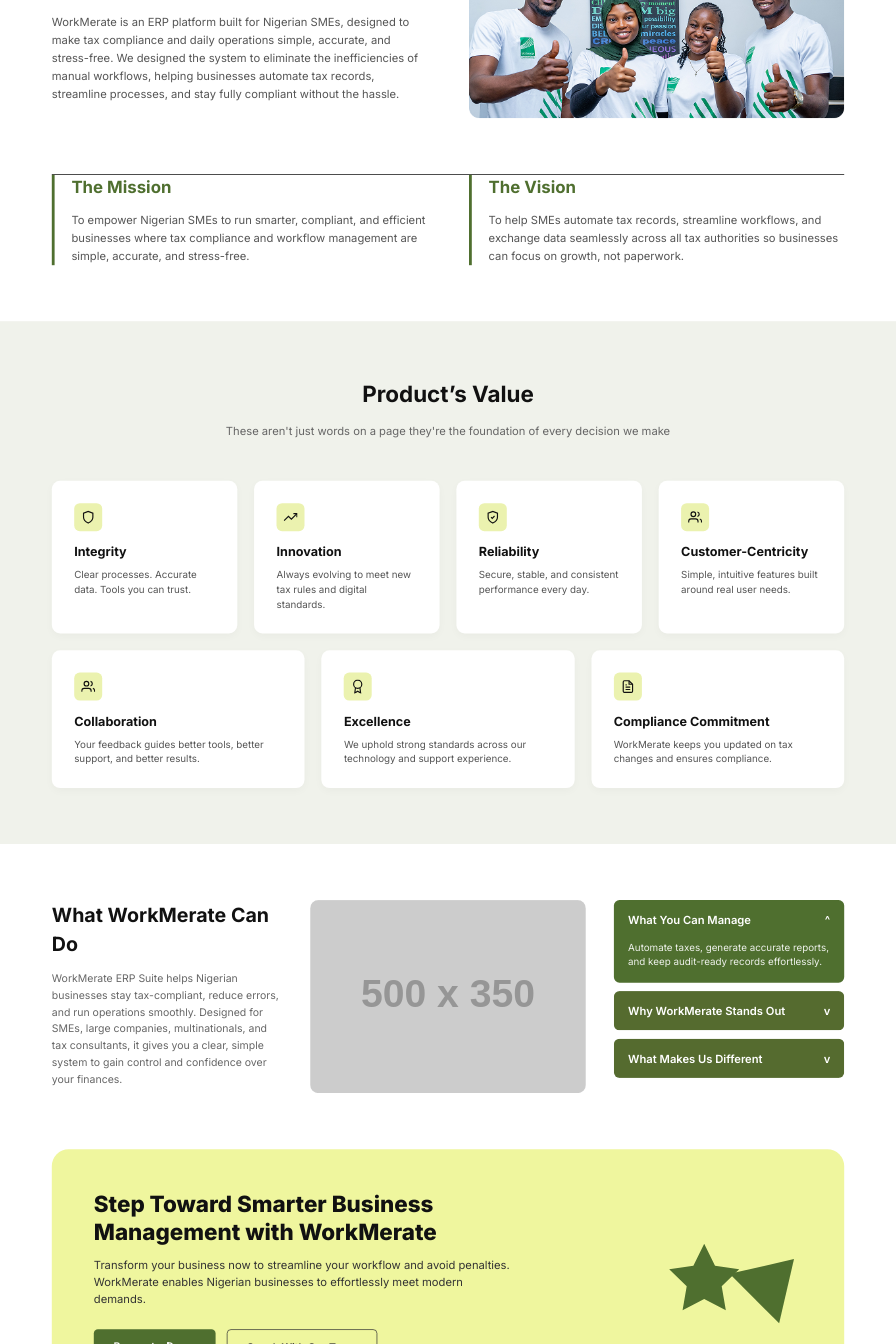
Repository: AYANO-EMMANUEL/workmerate
Page: about.html
These files come from the project's save history. The page is drawn as it stood at one moment and after a run of saves; the edit follows.
The browser window is 1280 px wide. The pictures show the part of the page from y = 727 to 2647 px (the page is 3322 px tall before and 3442 px after), at 70% of full size.

Above is the page before, as saved 2026-02-02 14:44:53.

### about.html
<!DOCTYPE html>
<html lang="en">
<head>
    <meta charset="UTF-8">
    <meta name="viewport" content="width=device-width, initial-scale=1.0">
    <title>About Us - WorkMerate</title>
    <link rel="stylesheet" href="about.css">
    <link rel="preconnect" href="https://fonts.googleapis.com">
    <link rel="preconnect" href="https://fonts.gstatic.com" crossorigin>
    <link href="https://fonts.googleapis.com/css2?family=Inter:wght@400;500;600;700;800&display=swap" rel="stylesheet">
</head>
<body>

    <nav class="navbar">
        <div class="container nav-wrapper">
            <a href="#" class="logo">W<span class="bag-icon"></span>rkMerate</a>
            <ul class="nav-menu">
                <li><a href="#" class="nav-link">Agentic AI</a></li>
                <li><a href="#" class="nav-link">Services <svg class="chevron" viewBox="0 0 24 24" fill="none" stroke="currentColor" stroke-width="2"><polyline points="6 9 12 15 18 9"></polyline></svg></a></li>
                <li><a href="#" class="nav-link">Modules <svg class="chevron" viewBox="0 0 24 24" fill="none" stroke="currentColor" stroke-width="2"><polyline points="6 9 12 15 18 9"></polyline></svg></a></li>
                <li><a href="#" class="nav-link">Pricing</a></li>
                <li><a href="#" class="nav-link">Resources <svg class="chevron" viewBox="0 0 24 24" fill="none" stroke="currentColor" stroke-width="2"><polyline points="6 9 12 15 18 9"></polyline></svg></a></li>
                <li><a href="#" class="nav-link active">About us</a></li>
            </ul>
            <div class="nav-actions">
                <a href="#" class="login-link">Login</a>
                <a href="#" class="btn-nav">Try it Free</a>
            </div>
            <div class="hamburger" id="hamburger"><span></span><span></span><span></span></div>
        </div>
        <div class="mobile-menu" id="mobileMenu">
             <a href="#">Services</a><a href="#">Modules</a><a href="#">About us</a>
        </div>
    </nav>

    <section class="about-hero">
        <div class="container">
            <div class="about-hero-content">
                <h1>About WorkMerate</h1>
                <p>Automating taxes, streamlining workflows, and keeping Nigerian SMEs fully compliant with the Nigeria Tax Act 2025.</p>
            </div>
        </div>
    </section>

    <section class="section-padding bg-white">
        <div class="container">

            <div class="identity-row">
                <div class="identity-text">
                    <h2>Our Identity</h2>
                    <p>WorkMerate is an ERP platform built for Nigerian SMEs, designed to make tax compliance and daily operations simple, accurate, and stress-free. We designed the system to eliminate the inefficiencies of manual workflows, helping businesses automate tax records, streamline processes, and stay fully compliant without the hassle.</p>
                </div>
                <div class="identity-image">
                    <img src="./assets/about-us-one.png" alt="WorkMerate Team">
                </div>
            </div>

            <div class="mv-grid">
                <div class="mv-card">
                    <h3>The Mission</h3>
                    <p>To empower Nigerian SMEs to run smarter, compliant, and efficient businesses where tax compliance and workflow management are simple, accurate, and stress-free.</p>
                </div>
                <div class="mv-card">
                    <h3>The Vision</h3>
                    <p>To help SMEs automate tax records, streamline workflows, and exchange data seamlessly across all tax authorities so businesses can focus on growth, not paperwork.</p>
                </div>
            </div>

        </div>
    </section>

    <section class="section-padding bg-cream">
        <div class="container">
            <div class="section-header">
                <h2>Product’s Value</h2>
                <p>These aren't just words on a page they're the foundation of every decision we make</p>
            </div>

            <div class="values-flex-grid">
                <div class="value-card">
                    <div class="icon-box-yellow"><svg viewBox="0 0 24 24" fill="none" stroke="currentColor" stroke-width="2"><path d="M12 22s8-4 8-10V5l-8-3-8 3v7c0 6 8 10 8 10z"></path></svg></div>
                    <h3>Integrity</h3>
                    <p>Clear processes. Accurate data. Tools you can trust.</p>
                </div>
                <div class="value-card">
                    <div class="icon-box-yellow"><svg viewBox="0 0 24 24" fill="none" stroke="currentColor" stroke-width="2"><polyline points="23 6 13.5 15.5 8.5 10.5 1 18"></polyline><polyline points="17 6 23 6 23 12"></polyline></svg></div>
                    <h3>Innovation</h3>
                    <p>Always evolving to meet new tax rules and digital standards.</p>
                </div>
                <div class="value-card">
                    <div class="icon-box-yellow"><svg viewBox="0 0 24 24" fill="none" stroke="currentColor" stroke-width="2"><path d="M12 22s8-4 8-10V5l-8-3-8 3v7c0 6 8 10 8 10z"></path><path d="M9 12l2 2 4-4"></path></svg></div>
                    <h3>Reliability</h3>
                    <p>Secure, stable, and consistent performance every day.</p>
                </div>
                <div class="value-card">
                    <div class="icon-box-yellow"><svg viewBox="0 0 24 24" fill="none" stroke="currentColor" stroke-width="2"><path d="M17 21v-2a4 4 0 0 0-4-4H5a4 4 0 0 0-4 4v2"></path><circle cx="9" cy="7" r="4"></circle><path d="M23 21v-2a4 4 0 0 0-3-3.87"></path><path d="M16 3.13a4 4 0 0 1 0 7.75"></path></svg></div>
                    <h3>Customer-Centricity</h3>
                    <p>Simple, intuitive features built around real user needs.</p>
                </div>
                <div class="value-card">
                    <div class="icon-box-yellow"><svg viewBox="0 0 24 24" fill="none" stroke="currentColor" stroke-width="2"><path d="M17 21v-2a4 4 0 0 0-4-4H5a4 4 0 0 0-4 4v2"></path><circle cx="9" cy="7" r="4"></circle><path d="M23 21v-2a4 4 0 0 0-3-3.87"></path><path d="M16 3.13a4 4 0 0 1 0 7.75"></path></svg></div>
                    <h3>Collaboration</h3>
                    <p>Your feedback guides better tools, better support, and better results.</p>
                </div>
                <div class="value-card">
                    <div class="icon-box-yellow"><svg viewBox="0 0 24 24" fill="none" stroke="currentColor" stroke-width="2"><circle cx="12" cy="8" r="7"></circle><polyline points="8.21 13.89 7 23 12 20 17 23 15.79 13.88"></polyline></svg></div>
                    <h3>Excellence</h3>
                    <p>We uphold strong standards across our technology and support experience.</p>
                </div>
                <div class="value-card">
                    <div class="icon-box-yellow"><svg viewBox="0 0 24 24" fill="none" stroke="currentColor" stroke-width="2"><path d="M14 2H6a2 2 0 0 0-2 2v16a2 2 0 0 0 2 2h12a2 2 0 0 0 2-2V8z"></path><polyline points="14 2 14 8 20 8"></polyline><line x1="16" y1="13" x2="8" y2="13"></line><line x1="16" y1="17" x2="8" y2="17"></line><polyline points="10 9 9 9 8 9"></polyline></svg></div>
                    <h3>Compliance Commitment</h3>
                    <p>WorkMerate keeps you updated on tax changes and ensures compliance.</p>
                </div>
            </div>
        </div>
    </section>

    <section class="section-padding bg-white">
        <div class="container">
            <div class="features-layout">
                <div class="feat-text">
                    <h2>What WorkMerate Can Do</h2>
                    <p>WorkMerate ERP Suite helps Nigerian businesses stay tax-compliant, reduce errors, and run operations smoothly. Designed for SMEs, large companies, multinationals, and tax consultants, it gives you a clear, simple system to gain control and confidence over your finances.</p>
                </div>
                <div class="feat-image">
                    <img src="https://placehold.co/500x350/eeeeee/999999?text=Presentation" alt="Presentation">
                </div>
                <div class="feat-accordion">
                    <div class="acc-item expanded">
                        <div class="acc-header">
                            <span>What You Can Manage</span>
                            <span class="acc-icon">^</span>
                        </div>
                        <div class="acc-body">
                            Automate taxes, generate accurate reports, and keep audit-ready records effortlessly.
                        </div>
                    </div>
                    <div class="acc-item">
                        <div class="acc-header">
                            <span>Why WorkMerate Stands Out</span>
                            <span class="acc-icon">v</span>
                        </div>
                    </div>
                    <div class="acc-item">
                        <div class="acc-header">
                            <span>What Makes Us Different</span>
                            <span class="acc-icon">v</span>
                        </div>
                    </div>
                </div>
            </div>

            <div class="big-cta-box">
                <div class="cta-left">
                    <h2>Step Toward Smarter Business Management with WorkMerate</h2>
                    <p>Transform your business now to streamline your workflow and avoid penalties. WorkMerate enables Nigerian businesses to effortlessly meet modern demands.</p>
                    <div class="cta-btns">
                        <a href="#" class="btn-dark">Request a Demo</a>
                        <a href="#" class="btn-outline-dark">Speak With Our Team</a>
                    </div>
                </div>
                <div class="cta-right">
                    <svg viewBox="0 0 24 24" fill="currentColor" class="big-arrow"><path d="M12 2L15.09 8.26L22 9.27L17 14.14L18.18 21.02L12 17.77L5.82 21.02L7 14.14L2 9.27L8.91 8.26L12 2Z"></path></svg>
                    <div class="arrow-graphic"></div>
                </div>
            </div>

        </div>
    </section>

    <footer class="footer-section">
        <div class="container">
            <div class="footer-top">
                <div class="footer-brand">
                    <a href="#" class="logo">W<span class="bag-icon"></span>rkMerate</a>
                    <p class="tagline">Smart. Secure. Simplified.</p>
                    <div class="contact-details">
                        <p><strong>USA Customer Support:</strong><br>(+1) 256 441 3090</p>
                        <p><strong>NGA Customer Support:</strong><br>(+234) 907 713 7167</p>
                        <p><strong>Email:</strong><br>support@workmerate.ng.com</p>
                    </div>
                    <div class="social-icons">
                         <span>f</span><span>x</span><span>in</span><span>ig</span><span>tk</span>
                    </div>
                </div>
                <div class="footer-links-grid">
                    <div><h4>Services</h4><ul><li><a href="#">Tax Automation</a></li><li><a href="#">ERP Integration</a></li></ul></div>
                    <div><h4>Modules</h4><ul><li><a href="#">Human Resources</a></li><li><a href="#">Financial Management</a></li></ul></div>
                    <div><h4>Resources</h4><ul><li><a href="#">Compliance Loss</a></li><li><a href="#">State IRS</a></li></ul></div>
                    <div><h4>Other Links</h4><ul><li><a href="#">About Us</a></li><li><a href="#">Pricing</a></li></ul></div>
                </div>
            </div>
            <hr>
            <div class="footer-newsletter">
                <div class="nl-text"><h3>Subscribe to our newsletter</h3><p>Stay informed with the latest news.</p></div>
                <div class="nl-form"><input type="email" placeholder="Enter your email"><button class="btn-dark">Subscribe</button></div>
            </div>
            <hr>
            <div class="footer-bottom">
                <p>&copy; 2025 WorkMerate - All rights reserved</p>
                <div class="badges"><span style="color:#4F6F2F; font-weight:bold;">NiTDA</span></div>
            </div>
        </div>
    </footer>

    <script>
        document.getElementById('hamburger').addEventListener('click', function() {
            document.getElementById('mobileMenu').classList.toggle('open');
        });
    </script>
</body>
</html>

### about.css
/* --- Reset & Variables --- */
:root {
  --font-family: "Inter", sans-serif;
  --color-text-main: #111;
  --color-text-light: #555;
  --color-dark-green: #4f6f2f;
  --color-darker-green: #384e20;
  --color-cream-bg: #f0f2eb;
  --color-yellow-bg: #eff69e;
  --color-yellow-icon: #ebf2af;
}

* {
  margin: 0;
  padding: 0;
  box-sizing: border-box;
}
body {
  font-family: var(--font-family);
  color: var(--color-text-main);
  background: #fff;
  line-height: 1.5;
  overflow-x: hidden;
}
a {
  text-decoration: none;
  color: inherit;
}
ul {
  list-style: none;
}
img {
  max-width: 100%;
  display: block;
}

/* Utilities */
.container {
  max-width: 1240px;
  margin: 0 50px;
  padding: 0 24px;
}

.section-padding {
  padding: 80px 0;
}
.bg-cream {
  background-color: var(--color-cream-bg);
}
.bg-white {
  background-color: #fff;
}

/* --- Navigation --- */
.navbar {
  height: 72px;
  display: flex;
  align-items: center;
  border-bottom: 1px solid #eee;
  background: #fff;
  position: relative;
  z-index: 100;
}
.nav-wrapper {
  width: 100%;
  display: flex;
  justify-content: space-between;
  align-items: center;
}
.logo {
  font-size: 24px;
  font-weight: 800;
  display: flex;
  align-items: center;
}
.bag-icon {
  width: 16px;
  height: 12px;
  background: #000;
  border-radius: 2px;
  display: inline-block;
  position: relative;
  margin: 0 1px;
}
.bag-icon::after {
  content: "";
  position: absolute;
  top: 4px;
  left: 6px;
  width: 4px;
  height: 4px;
  background: var(--color-dark-green);
  border-radius: 50%;
}
.nav-menu {
  display: flex;
  gap: 32px;
}
.nav-link {
  font-size: 14px;
  font-weight: 500;
  display: flex;
  align-items: center;
  gap: 4px;
}
.nav-link.active {
  font-weight: 700;
  color: #000;
}
.nav-actions {
  display: flex;
  gap: 20px;
  align-items: center;
}
.login-link {
  font-weight: 600;
  font-size: 14px;
}
.btn-nav {
  background: var(--color-dark-green);
  color: #fff;
  padding: 10px 20px;
  border-radius: 4px;
  font-weight: 600;
  font-size: 14px;
}
.hamburger {
  display: none;
  flex-direction: column;
  gap: 5px;
  cursor: pointer;
}
.hamburger span {
  width: 24px;
  height: 3px;
  background: #000;
}
.mobile-menu {
  display: none;
  position: absolute;
  top: 72px;
  left: 0;
  width: 100%;
  background: #fff;
  padding: 20px;
  border-bottom: 1px solid #eee;
}
.mobile-menu.open {
  display: flex;
  flex-direction: column;
  gap: 10px;
}

/* --- 1. About Hero --- */
.about-hero {
  /* Using a gradient overlay on a placeholder image background */
  background: url("./assets/about-us-hero.png") no-repeat center center/cover;
  background-size: cover;
  background-position: center;
  color: #fff;
  padding: 120px 0;
  text-align: left;
  display: flex;
  align-items: end;
  justify-content: start;
  min-height: 500px;
}
.about-hero-content {
  max-width: 800px;
}
.about-hero h1 {
  font-size: 48px;
  font-weight: 800;
  margin-bottom: 24px;
}
.about-hero p {
  font-size: 20px;
  line-height: 1.5;
  opacity: 0.95;
}

/* --- 2. Identity --- */
.identity-row {
  display: grid;
  grid-template-columns: 1fr 1fr;
  gap: 60px;
  align-items: center;
  margin-bottom: 80px;
}
.identity-text h2 {
  font-size: 32px;
  font-weight: 700;
  margin-bottom: 24px;
}
.identity-text p {
  color: #555;
  font-size: 16px;
  line-height: 1.6;
}
.identity-image img {
  width: 100%;
  border-radius: 12px;
}

.mv-grid {
  display: grid;
  grid-template-columns: 1fr 1fr;
  gap: 60px;
  border-top: 0.4px solid #000;
  padding: 0px;
}
.mv-card {
  border-left: 4px solid var(--color-dark-green);
  padding-left: 24px;
}
.mv-card h3 {
  color: var(--color-dark-green);
  font-size: 24px;
  font-weight: 700;
  margin-bottom: 16px;
}
.mv-card p {
  color: #555;
  line-height: 1.6;
}

/* --- 3. Product's Value --- */
.section-header {
  text-align: center;
  max-width: 700px;
  margin: 0 auto 60px;
}
.section-header h2 {
  font-size: 32px;
  font-weight: 700;
  margin-bottom: 16px;
}
.section-header p {
  color: #666;
}

.values-flex-grid {
  display: flex;
  flex-wrap: wrap;
  gap: 24px;
  justify-content: center;
}
.value-card {
  background: #fff;
  border-radius: 12px;
  padding: 32px;
  width: calc(25% - 18px); /* 4 per row approximately */
  min-width: 250px;
  box-shadow: 0 4px 12px rgba(0, 0, 0, 0.03);
  flex-grow: 1;
}
.icon-box-yellow {
  width: 40px;
  height: 40px;
  background: var(--color-yellow-icon);
  border-radius: 8px;
  display: flex;
  align-items: center;
  justify-content: center;
  color: #111;
  margin-bottom: 16px;
}
.icon-box-yellow svg {
  width: 20px;
  height: 20px;
}
.value-card h3 {
  font-size: 18px;
  font-weight: 700;
  margin-bottom: 8px;
}
.value-card p {
  font-size: 14px;
  color: #555;
}

/* --- 4. What WorkMerate Can Do --- */
.features-layout {
  display: grid;
  grid-template-columns: 1fr 1.2fr 1fr;
  gap: 40px;
  margin-bottom: 80px;
  align-items: start;
}
.feat-text h2 {
  font-size: 28px;
  font-weight: 700;
  margin-bottom: 16px;
}
.feat-text p {
  color: #666;
  font-size: 15px;
  line-height: 1.6;
}
.feat-image img {
  width: 100%;
  border-radius: 12px;
}

.feat-accordion {
  display: flex;
  flex-direction: column;
  gap: 12px;
}
.acc-item {
  border-radius: 8px;
  overflow: hidden;
  background: var(--color-dark-green);
  color: #fff;
}
.acc-header {
  padding: 16px 20px;
  font-weight: 600;
  display: flex;
  justify-content: space-between;
  align-items: center;
  cursor: pointer;
}
.acc-body {
  padding: 0 20px 20px;
  font-size: 14px;
  opacity: 0.9;
  line-height: 1.5;
}
.acc-item:not(.expanded) .acc-body {
  display: none;
}
.acc-item:not(.expanded) .acc-header {
  background: #556b2f;
} /* Slightly darker/lighter for inactive */

/* Big CTA Box */
.big-cta-box {
  background: var(--color-yellow-bg);
  border-radius: 24px;
  padding: 60px;
  display: flex;
  gap: 40px;
  align-items: center;
  justify-content: space-between;
  position: relative;
  overflow: hidden;
}
.cta-left {
  max-width: 600px;
  position: relative;
  z-index: 2;
}
.cta-left h2 {
  font-size: 32px;
  font-weight: 800;
  margin-bottom: 16px;
  line-height: 1.2;
}
.cta-left p {
  margin-bottom: 32px;
  font-size: 16px;
  color: #333;
}
.cta-btns {
  display: flex;
  gap: 16px;
}
.btn-dark {
  background: var(--color-dark-green);
  color: #fff;
  padding: 14px 28px;
  border-radius: 6px;
  font-weight: 600;
  font-size: 15px;
  border: none;
  cursor: pointer;
}
.btn-outline-dark {
  border: 1px solid #333;
  color: #333;
  padding: 14px 28px;
  border-radius: 6px;
  font-weight: 600;
  font-size: 15px;
}

/* Abstract Arrow Graphic */
.cta-right {
  width: 200px;
  height: 200px;
  display: flex;
  align-items: center;
  justify-content: center;
}
.arrow-graphic {
  /* Simulating the arrow abstractly */
  width: 0;
  height: 0;
  border-top: 50px solid transparent;
  border-bottom: 50px solid transparent;
  border-left: 80px solid var(--color-dark-green);
  transform: rotate(-45deg);
}
.big-arrow {
  width: 150px;
  height: 150px;
  color: var(--color-dark-green);
}

/* --- Footer --- */
.footer-section {
  background: var(--color-cream-bg);
  padding: 80px 0 30px;
  font-size: 14px;
  color: #333;
}
.footer-top {
  display: flex;
  justify-content: space-between;
  flex-wrap: wrap;
  gap: 40px;
  margin-bottom: 40px;
}
.footer-links-grid {
  display: flex;
  gap: 60px;
}
.footer-links-grid h4 {
  font-weight: 700;
  margin-bottom: 12px;
}
.footer-links-grid a {
  color: #555;
  display: block;
  margin-bottom: 8px;
}
.footer-newsletter {
  display: flex;
  justify-content: space-between;
  align-items: center;
  padding: 30px 0;
  border-top: 1px solid #ccc;
  border-bottom: 1px solid #ccc;
  margin-bottom: 20px;
}
.nl-form input {
  padding: 10px;
  border: 1px solid #ccc;
  border-radius: 4px;
  width: 250px;
  margin-right: 10px;
}
.footer-bottom {
  display: flex;
  justify-content: space-between;
  align-items: center;
  font-size: 12px;
  color: #777;
}

/* Responsive */
@media (max-width: 992px) {
  .nav-menu,
  .nav-actions {
    display: none;
  }
  .hamburger {
    display: flex;
  }
  .identity-row {
    grid-template-columns: 1fr;
    gap: 30px;
  }
  .mv-grid {
    grid-template-columns: 1fr;
    gap: 40px;
  }
  .features-layout {
    grid-template-columns: 1fr;
  }
  .big-cta-box {
    flex-direction: column;
    padding: 40px;
  }
  .cta-right {
    display: none;
  }
  .value-card {
    width: calc(50% - 12px);
  }
}
@media (max-width: 600px) {
  .about-hero h1 {
    font-size: 36px;
  }
  .value-card {
    width: 100%;
  }
  .cta-btns {
    flex-direction: column;
  }
  .footer-newsletter {
    flex-direction: column;
    align-items: flex-start;
    gap: 15px;
  }
  .nl-form {
    width: 100%;
  }
  .nl-form input {
    width: 100%;
    margin-bottom: 10px;
  }
  .footer-links-grid {
    flex-wrap: wrap;
    gap: 30px;
  }
}

After the next 2 saves:
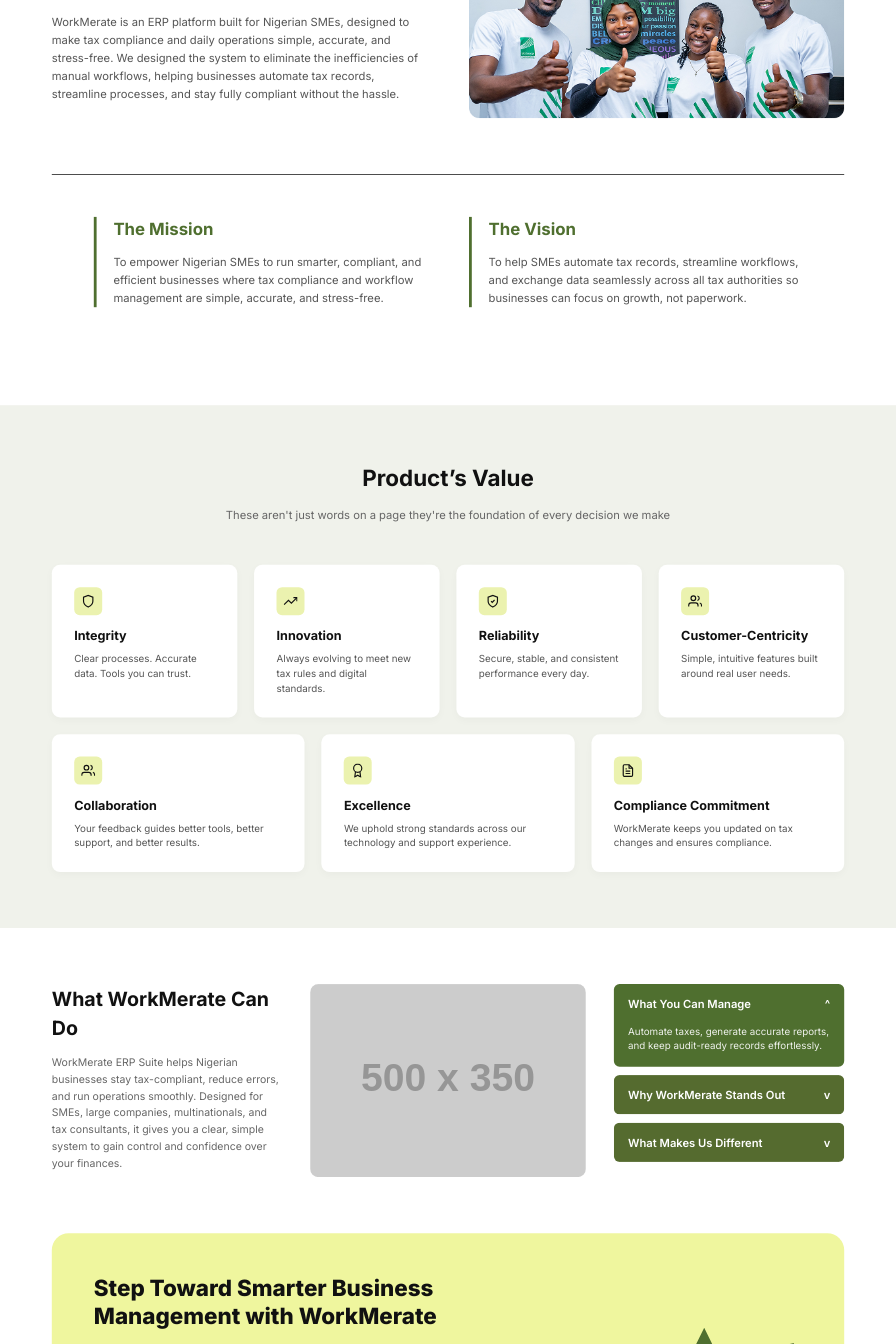
The 2 saves are shown as one change because they came seconds apart.
The last was saved 5 s later.
--- a/about.css
+++ b/about.css
@@ -207,7 +207,7 @@
   grid-template-columns: 1fr 1fr;
   gap: 60px;
   border-top: 0.4px solid #000;
-  padding: 0px;
+  padding: 60px;
 }
 .mv-card {
   border-left: 4px solid var(--color-dark-green);
